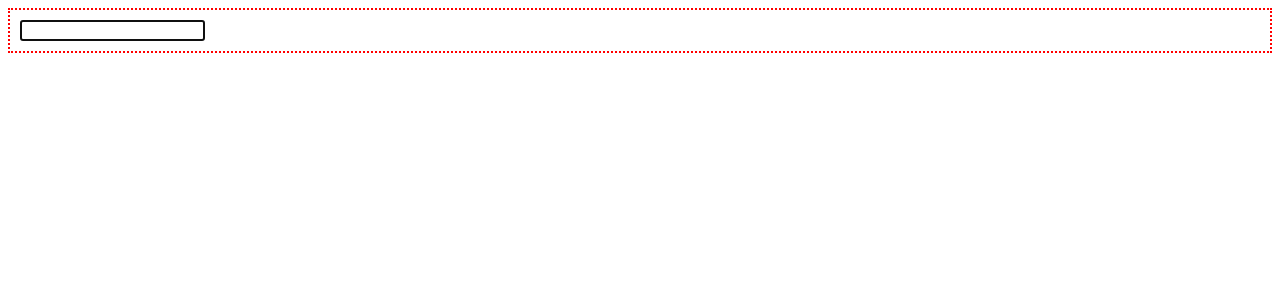
Repository: LavriaNeptune/vue-playground
Page: reusability/plugins/composables.html
The author's editor kept a copy of each file at every save. The page is drawn from the files as they stood at one save, then again after the next save.
The browser window is 1280 px wide. The pictures show the whole page.

Above is the page before, as saved 2022-08-25 01:35:55.

### reusability/plugins/composables.html
<!DOCTYPE html>
<html lang="en">
  <head>
    <meta charset="UTF-8" />
    <title>Vue</title>
    <script src="https://unpkg.com/vue@3"></script>
    <style>
      div {
        border: 2px dotted red;
        padding: 10px;
      }
    </style>
  </head>
  <body>
    <div id="app"></div>
    <script type="module">
      import MyComponent from './MyComponent.js';

      const { createApp } = Vue;
      const app = createApp({

        template: `<MyComponent></MyComponent>`,
      });
      app.component('MyComponent', MyComponent);

      app.mount('#app');
    </script>
  </body>
</html>

### reusability/plugins/MyComponent.js
export default {
  data() {
    return {};
  },

  directives: {
    focus: {
      mounted: (el) => el.focus(),
    },
  },
  /* 非 <script setup> 情况下,自定义指令需要通过 directives 进行注册 -> <script setup> 下可以直接通过以 v 开头的驼峰式命名变量设置自定义指令,会被默认地进行注册 */

  template: ` <input v-focus /> `,
};

After the next save:
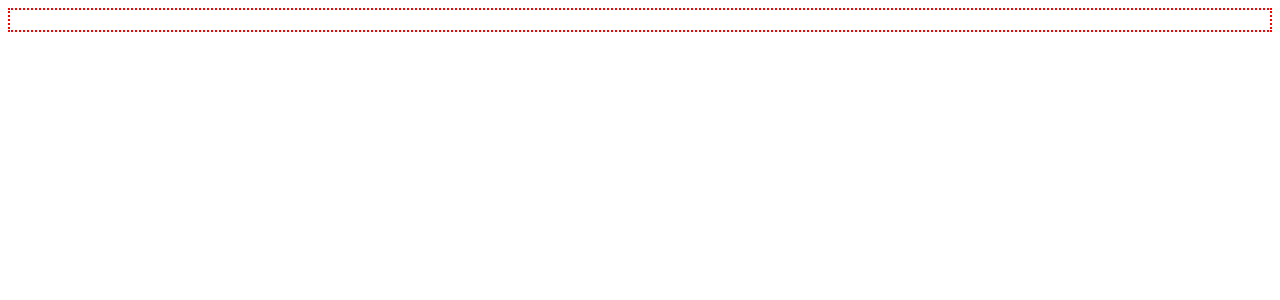
Console error: SyntaxError: Unexpected token 'const'
Saved 116 s later.
--- a/reusability/plugins/composables.html
+++ b/reusability/plugins/composables.html
@@ -15,6 +15,7 @@
     <div id="app"></div>
     <script type="module">
       import MyComponent from './MyComponent.js';
+      import
 
       const { createApp } = Vue;
       const app = createApp({
